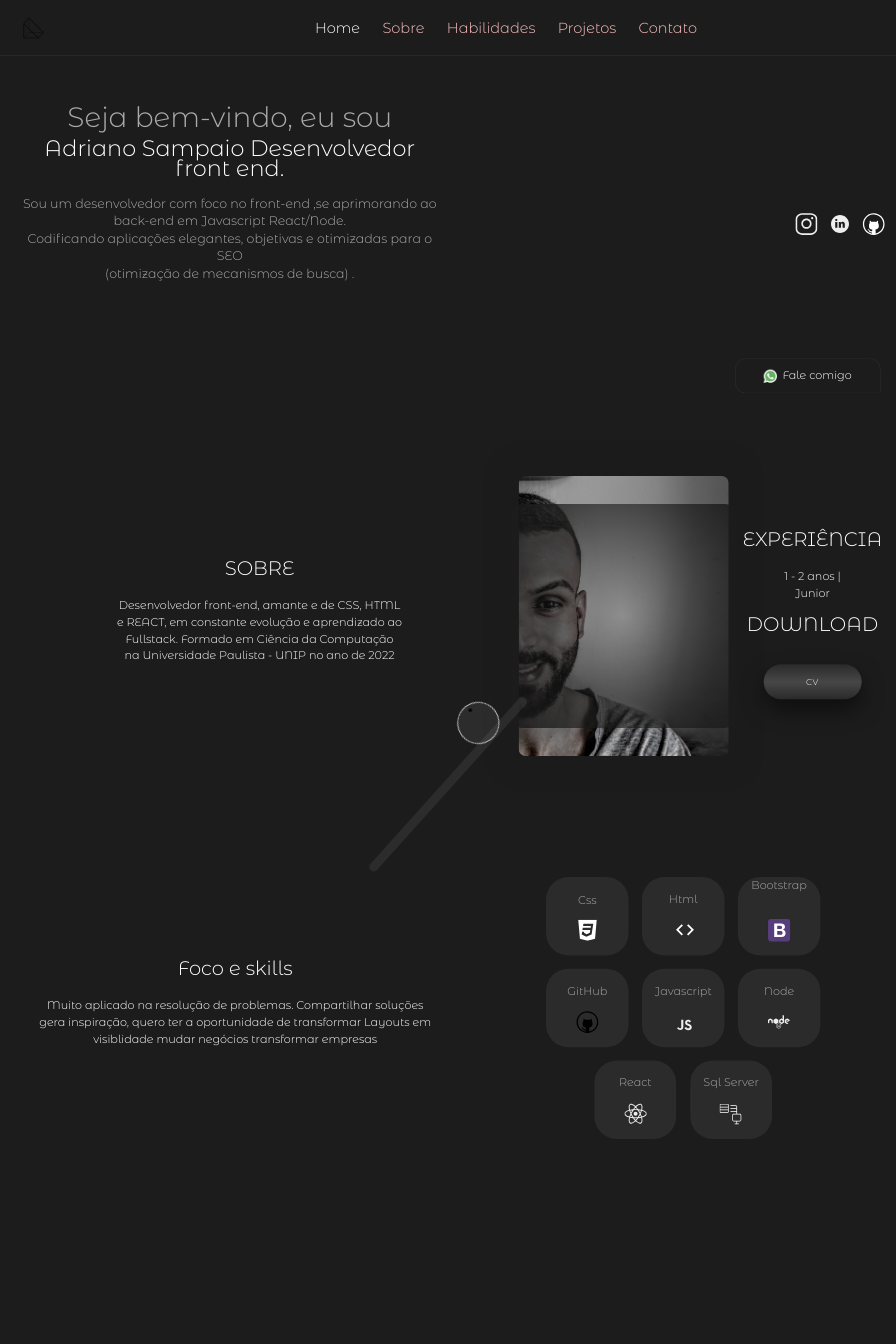
Repository: adrianodisam/NovoPortifolio
Page: /
These files come from the project's save history. The page is drawn as it stood at one moment and after the next save; the edit follows.
The browser window is 1280 px wide. The pictures show the part of the page from y = 0 to 1920 px (the page is 3024 px tall), at 70% of full size.
The project was rebuilt for these pictures with package versions that can differ from the ones it lists, and the page was loaded fresh each time. Imported but missing from the stored project, and not drawn on this page: src/componentes/Download/Adriano.pdf.

Above is the page before, as saved 2024-11-02 16:38:59.

After the next save:
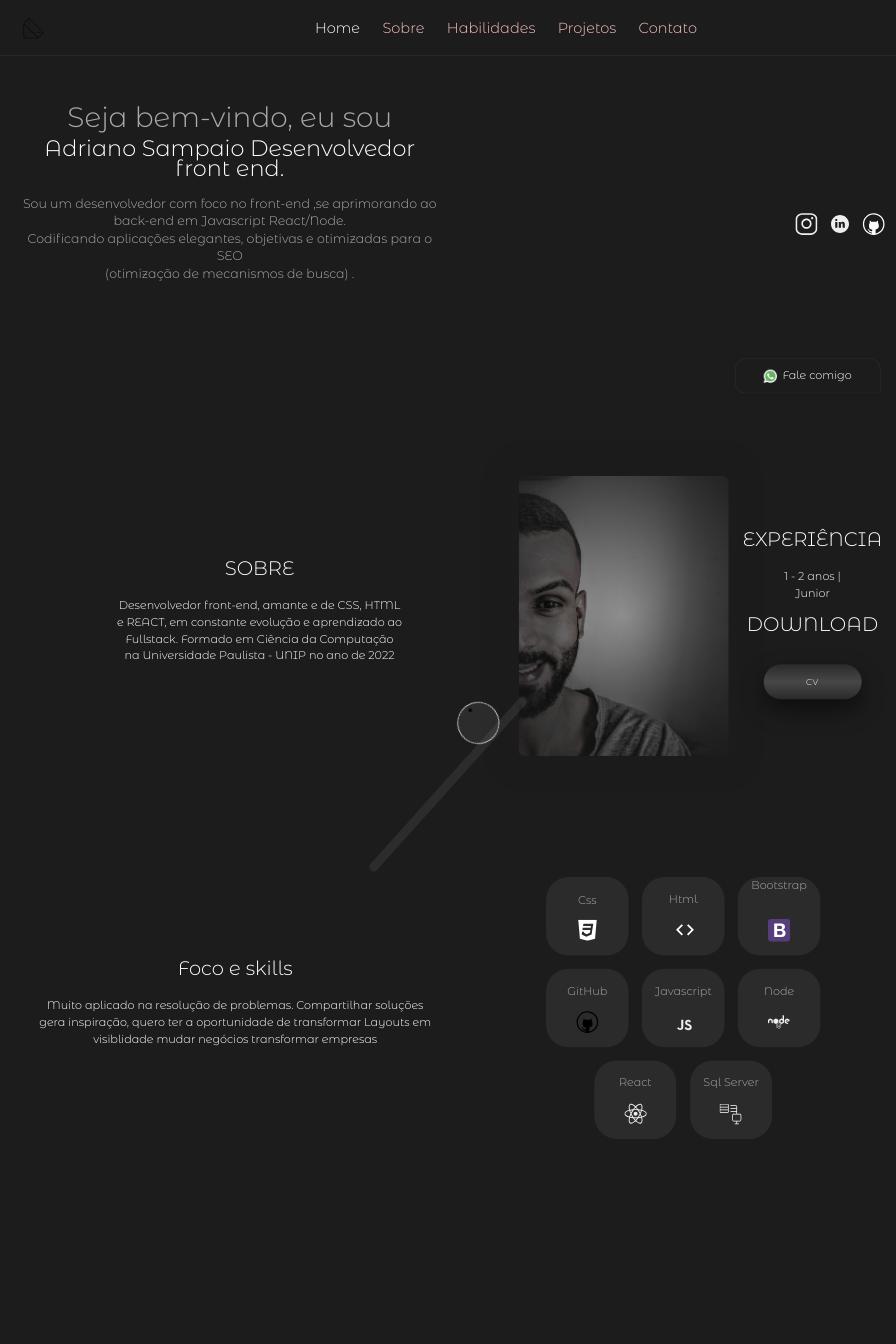
Saved 12 s later.
--- a/src/componentes/FotoSobre/FotoSobre.module.css
+++ b/src/componentes/FotoSobre/FotoSobre.module.css
@@ -23,7 +23,7 @@
   content: '';
   position: absolute;
   width: 320px; /* Um pouco maior que a imagem para o efeito de borda */
-  height: 320px;
+  height: 400px;
   background: radial-gradient(circle, transparent, rgba(28, 28, 28, 0.9));
   border-radius: 15px;
   z-index: 0;
